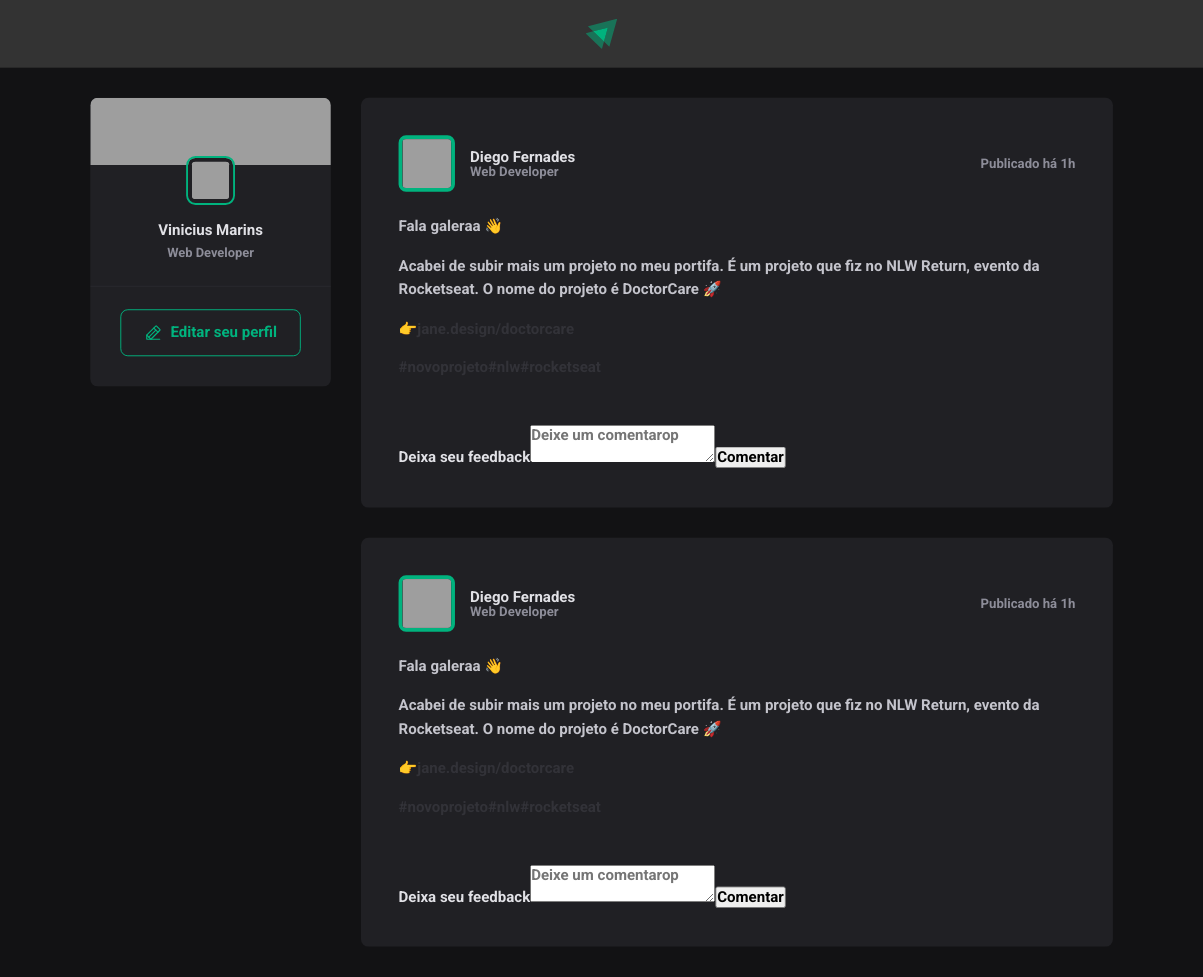
Repository: viniimartins/reactFundamentosRocketseat
Page: /
An editor plug-in stored every save of this project. The page is shown before and after the next save, followed by the edit.
The browser window is 1280 px wide. The pictures show the whole page, at 94% of full size.
Pictures or frames that could not be fetched are drawn as grey boxes. The project was rebuilt for these pictures with package versions that can differ from the ones it lists, and the page was loaded fresh each time. Also part of the build but not shown: vite.config.js.

Above is the page before, as saved 2023-04-29 23:09:43.

### index.html
<!DOCTYPE html>
<html lang="en">
  <head>
    <meta charset="UTF-8" />

    <link rel="preconnect" href="https://fonts.googleapis.com">
    <link rel="preconnect" href="https://fonts.gstatic.com" crossorigin>

    <link rel="icon" type="image/svg+xml" href="/vite.svg" />
    <meta name="viewport" content="width=device-width, initial-scale=1.0" />


    <link href="https://fonts.googleapis.com/css2?family=Montserrat&family=Roboto:wght@700&display=swap" rel="stylesheet">


    <title>Vite + React</title>
  </head>
  <body>
    <div id="root"></div>
    <script type="module" src="/src/main.jsx"></script>
  </body>
</html>

### src/App.jsx
import { Header } from './Components/Header'
import { Post } from './Components/Post'

import './global.css'


import styles from './App.module.css'
import { Sidebar } from './Components/Sidebar'

function App() {
  return (
    <>
      <div>
        <Header />


        <div className={styles.wrapper}>
          <Sidebar />
          <main>
            <Post
              author="Gabriel"
              content="Lorem ipsum dolor sit amet consectetur adipisicing elit. Asperiores aut, accusamus quasi hic earum blanditiis adipisci reiciendis enim eaque facilis doloribus, iusto incidunt! Aliquid ut debitis temporibus eius placeat autem!"
            />
            <Post
              author="Gabriel"
              content="Lorem ipsum dolor sit amet consectetur adipisicing elit. Asperiores aut, accusamus quasi hic earum blanditiis adipisci reiciendis enim eaque facilis doloribus, iusto incidunt! Aliquid ut debitis temporibus eius placeat autem!"
            />
          </main>
        </div>
      </div>

    </>
  )

}

export default App

### src/Components/Header.jsx
import styles from './Header.module.css';
import igniteLogo from '../assets/ignite-logo.svg'

export function Header() {
    return (
        <header className={styles.header}>
            <img src={igniteLogo}></img>
        </header>
    );
}

### src/Components/Post.jsx
import styles from './Post.module.css'

export function Post() {
    return (
        <article className={styles.post}>
            <header>
                <div className={styles.author}>
                    <img className={styles.avatar} src="https://avatars.githubusercontent.com/u/84347013?v=4" />
                    <div className={styles.authorInfo}>
                        <strong>Diego Fernades</strong>
                        <span>Web Developer</span>
                    </div>
                </div>
                <time title="11 de Maio ás 08:13" dateTime="2022-05-11 08:13:30">Publicado há 1h</time>
            </header>


            <div className={styles.content}>
                <p> Fala galeraa 👋</p>
                <p>Acabei de subir mais um projeto no meu portifa. É um projeto que fiz no NLW Return, evento da Rocketseat. O nome do projeto é DoctorCare 🚀</p>
                <p>👉<a href="">jane.design/doctorcare</a></p>
                <p>
                    <a href="">#novoprojeto</a>{''}
                    <a href="">#nlw</a>{''}
                    <a href="">#rocketseat</a>
                </p>
            </div>

            <form className={styles.commentForm}>
                <strong>Deixa seu feedback</strong>

                <textarea
                    placeholder='Deixe um comentarop'
                />

                <button type="submit">Comentar</button>
            </form>
        </article>
    )
}

### src/global.css
:root {
  --white: #fff;

  --gray-100: #e1e1e6;
  --gray-300: #c4c4cc;
  --gray-400: #8d8d99;
  --gray-500: #323238;
  --gray-700: #29292e;
  --gray-800: #202024;
  --gray-900: #121214;

  --green-500: #00b37e;
  --green-300: #00875f;
}

* {
  margin: 0;
  padding: 0;
  box-sizing: border-box;
}

body {
  background: var(--gray-900);
  color: var(--gray-300);
  -webkit-font-smoothing: antialiased;
}

body,
input,
textarea,
button {
  font-family: "Roboto", sans-serif;
  font-weight: 400;
  font-size: 1rem;
}

### src/Components/Sidebar.jsx
import { PencilLine } from "phosphor-react";

import styles from './Sidebar.module.css'

export function Sidebar() {
    return (
        <aside className={styles.sidebar}>
            <img
                className={styles.cover}
                src="https://images.unsplash.com/photo-1587620962725-abab7fe55159?ixlib=rb-4.0.3&ixid=MnwxMjA3fDB8MHxwaG90by1wYWdlfHx8fGVufDB8fHx8&auto=format&fit=crop&w=500&q=50"
            />
            <div className={styles.profile}>
                <img
                    className={styles.avatar}
                    src="https://avatars.githubusercontent.com/u/84347013?v=4"
                />
                <strong>Vinicius Marins</strong>
                <span>Web Developer</span>
            </div>

            <footer>
                <a href="#">
                    <PencilLine size={20} />
                    Editar seu perfil</a>
            </footer>
        </aside>
    )
}

### src/Components/Header.module.css
.header {
    background: #333;
    display: flex;
    justify-content: center;
    padding: 1.25rem 0
}

.header img {
    height: 2rem;
}

### src/Components/Post.module.css
.post {
  background: var(--gray-800);
  border-radius: 8px;
  padding: 2.5rem;
}

.post + .post {
  margin-top: 2rem;
}

.content {
  line-height: 1.6;
  color: var(--gray-300);
  margin-top: 1.5rem;
}

.content p {
  margin-top: 1rem;
}

.content a {
  font-weight: bold;
  color: var(--gray-500);
  text-decoration: none;
}

.content a:hover {
  color: var(--gray-300);
}

.post > header {
  display: flex;
  align-items: center;
  justify-content: space-between;
}

.post > header time {
  font-size: 0.875rem;
  color: var(--gray-400);
}

.author {
  display: flex;
  align-items: center;
  gap: 1rem;
}

.author img {
  width: calc(3rem + 12px);
  height: calc(3rem + 12px);
  border-radius: 8px;
  border: 4px solid var(--gray-800);
  border: 4px solid var(--green-500);
}

.authorInfo strong {
  display: block;
  color: var(--gray-100);
  line-height: 1;
}

.authorInfo span {
  display: block;
  font-size: 0.875rem;
  color: var(--gray-400);
  line-height: 1;
}

.commentForm {
  width: 100%;
  margin-top: 1.5rem;
  padding-top: 1.5rem;
  border-top: 1px solid var(--gray-600);
}


.commentForm > strong {
  line-height: 1.6;
  color: var(--gray-100);
}

### src/Components/Sidebar.module.css
.sidebar {
  background: var(--gray-800);
  border-radius: 8px;
  overflow: hidden;
}

.cover {
  width: 100%;
  height: 72px;
  object-fit: cover;
}

.profile {
  display: flex;
  flex-direction: column;
  align-items: center;

  margin-top: calc(0px - 1.5rem - 6px);
}

.profile strong {
  margin-top: 1rem;
  color: var(--gray-100);
  line-height: 1.6;
}

.profile span {
  font-size: 0.857rem;
  color: var(--gray-400);
  line-height: 1.6;
}

.avatar {
  width: 3rem;
  height: 3rem;
  border-radius: 8px;
  border: 4px solid var(--gray-800);
  outline: 2px solid var(--green-500);

  margin-top: calc(1.5rem - 6px);
}

.sidebar footer {
  border-top: 1px solid var(--gray-700);
  margin-top: 1.5rem;
  padding: 1.5rem 2rem 2rem;
}

.sidebar footer a {
  background: transparent;
  color: var(--green-500);
  border: 1px solid var(--green-500);
  border-radius: 8px;
  height: 50px;
  padding: 0 1.5rem;
  font-weight: bold;
  display: block;
  text-decoration: none;

  display: flex;
  align-items: center;
  justify-content: center;

  gap: 0.5rem;

  transition: color 0.1s, background-color 0.1s;
}

.sidebar footer a:hover {
  background: var(--green-500);
  color: var(--white);
}

Loaded but not shown: src/main.jsx (common file); src/App.module.css (common file)

After the next save:
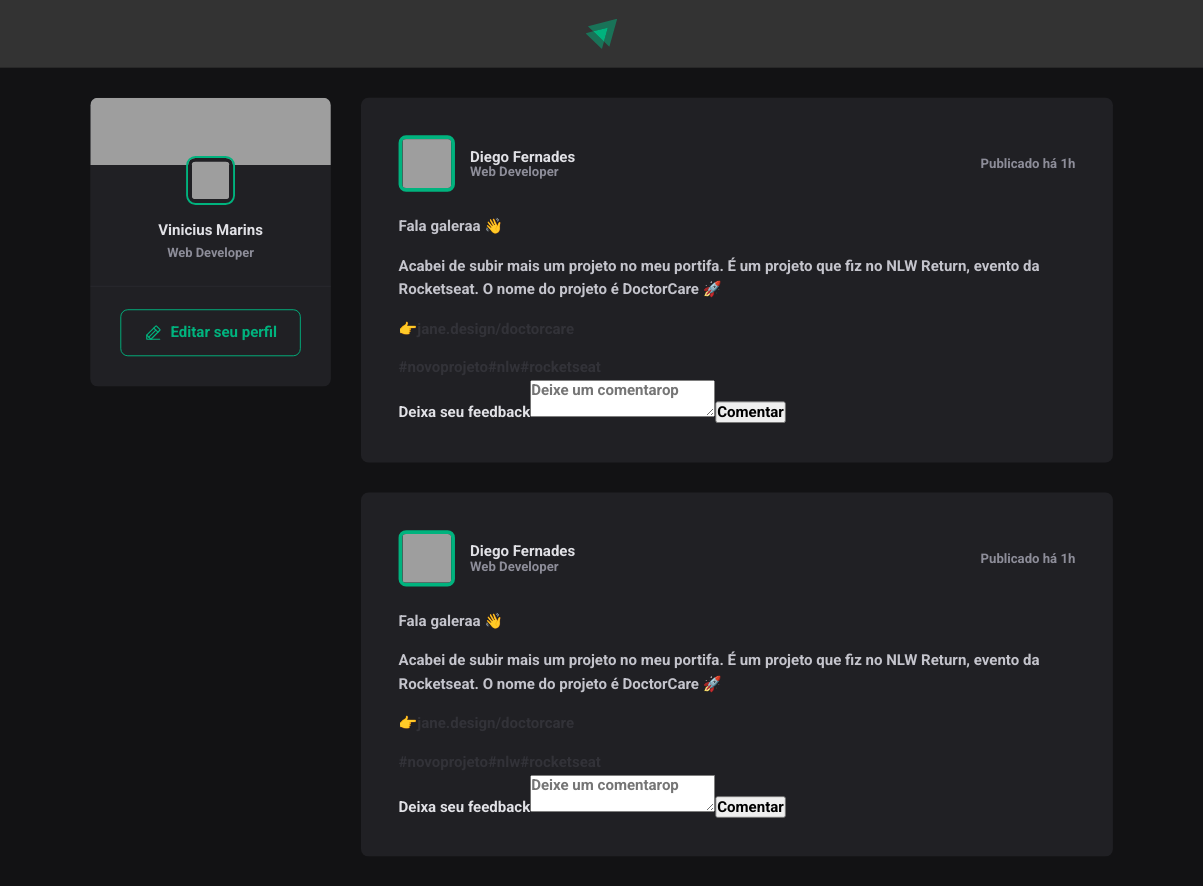
Saved 6 s later.
--- a/src/Components/Post.module.css
+++ b/src/Components/Post.module.css
@@ -68,8 +68,8 @@
 
 .commentForm {
   width: 100%;
-  margin-top: 1.5rem;
-  padding-top: 1.5rem;
+  /* margin-top: 1.5rem; */
+  /* padding-top: 1.5rem; */
   border-top: 1px solid var(--gray-600);
 }
 

After the save that followed:
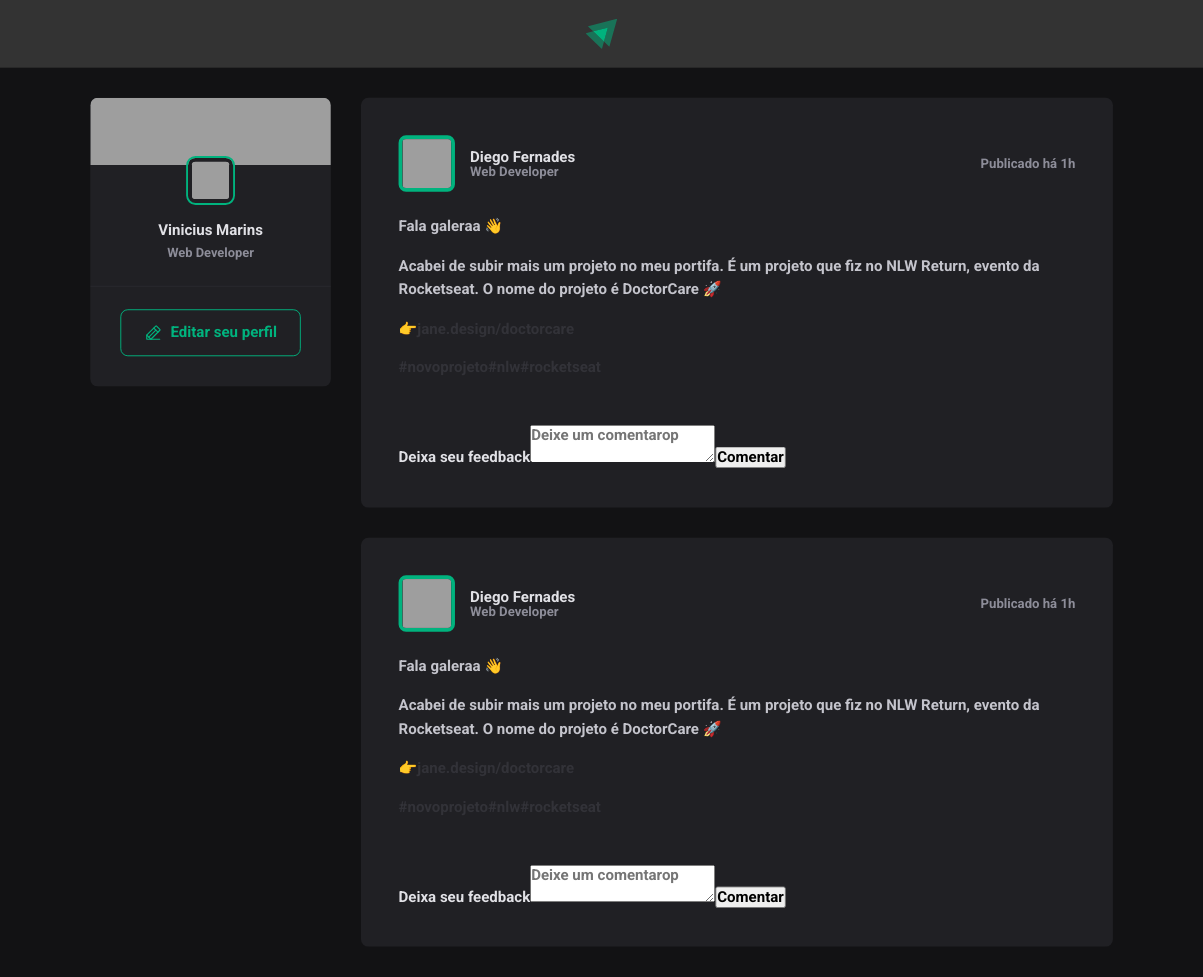
Saved 4 s later.
--- a/src/Components/Post.module.css
+++ b/src/Components/Post.module.css
@@ -68,8 +68,8 @@
 
 .commentForm {
   width: 100%;
-  /* margin-top: 1.5rem; */
-  /* padding-top: 1.5rem; */
+  margin-top: 1.5rem;
+  padding-top: 1.5rem;
   border-top: 1px solid var(--gray-600);
 }
 
